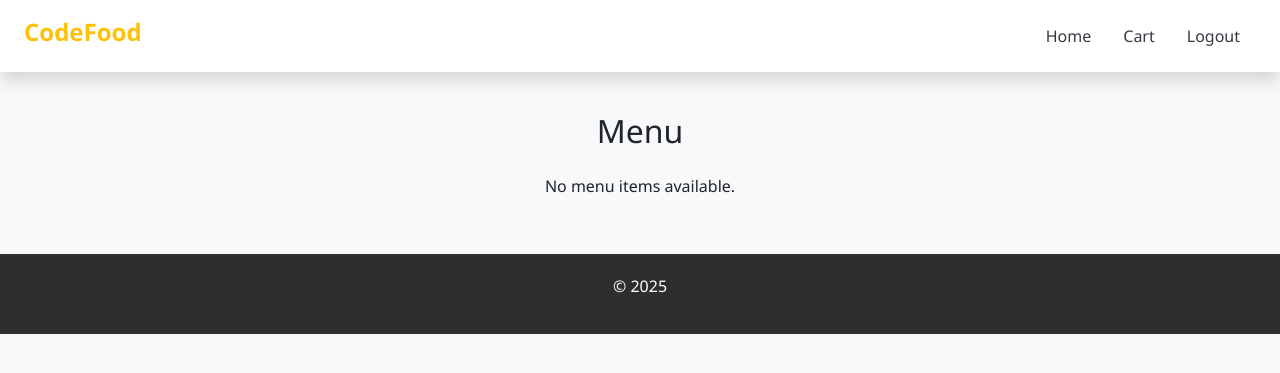
Repository: Rupeswarbhainsa777/Food-Web-App
Page: http://localhost/TapFoodApp/Menu.jsp
The author's editor kept a copy of each file at every save. The page is drawn from the files as they stood at one save, then again after the next save.
The browser window is 1280 px wide. The pictures show the whole page.
The page is served by Tomcat 10. Nobody is signed in. The application's start-up code is not run. Other server files are loaded and not shown.

Above is the page before, as saved 2025-05-02 19:21:38.

### TapFoodApp/src/main/webapp/Menu.jsp
<%@ page contentType="text/html;charset=UTF-8" language="java" %>
<%@ page import="com.tap.modeal.Menu" %>
<%@ page import="java.util.*" %>

<!DOCTYPE html>
<html lang="en">
<head>
    <meta charset="UTF-8">
    <title>Menu - Tap Food</title>
    <link rel="stylesheet"
          href="https://stackpath.bootstrapcdn.com/bootstrap/4.5.2/css/bootstrap.min.css">
    <style>
        body {
            background-color: #f8f9fa;
            font-family: 'Segoe UI', sans-serif;
        }
        .menu-container {
            margin-top: 40px;
        }
        .card img {
            height: 180px;
            object-fit: cover;
        }
        .footer {
            background-color: #2e2e2e;
            color: white;
            padding: 20px 0;
            margin-top: 40px;
            text-align: center;
        }
        .order-btn {
            background-color: #000000;
            border: none;
            color: white;
            padding: 8px 16px;
            border-radius: 5px;
        }
        .order-btn:hover {
            background-color: #e56d00;
        }
    </style>
</head>
<body>

<!-- Header -->
<header class="d-flex justify-content-between align-items-center px-4 py-3 shadow bg-white">
    <div class="h4 text-warning font-weight-bold">CodeFood</div>
    <nav>
        <ul class="nav">
            <li class="nav-item"><a class="nav-link text-dark" href="home.jsp">Home</a></li>
            <li class="nav-item"><a class="nav-link text-dark" href="cart.jsp">Cart</a></li>
            <li class="nav-item"><a class="nav-link text-dark" href="LogoutServlet">Logout</a></li>
        </ul>
    </nav>
</header>

<!-- Menu Items -->
<div class="container menu-container">
    <h2 class="mb-4 text-center">Menu</h2>
    <div class="row">
        <%
        List<Menu> obj = (List<Menu>) session.getAttribute("menuList");
        if (obj != null) {
            List<Menu> menuList = obj;
            for (Menu item : menuList) {
        %>
        <div class="col-md-4 mb-4">
            <div class="card">
                <img src="<%= item.getImagePath() %>" class="card-img-top" alt="<%= item.getItemName() %>">
                <div class="card-body">
                    <h5 class="card-title"><%= item.getItemName() %></h5>
                    <p class="card-text"><%= item.getDescription() %></p>
                    <p class="card-text font-weight-bold">₹<%= item.getItemPrice() %></p>

                    <!-- Add to Cart Form -->
                    <form action="Cart" method="post">
                        <input type="hidden" name="restaurantId" value="<%= item.getRestaurantId() %>">
                        <input type="hidden" name="itemId" value="<%= item.getMenuId() %>">
                        <input type="hidden" name="quantity" value="1"> <!-- default quantity 1 -->
                        <input type="hidden" name="action" value="add">

                        <div class="text-center">
                            <input type="submit" class="order-btn" value="Add to Cart">
                        </div>
                    </form>

                </div>
            </div>
        </div>
        <%
            }
        } else {
        %>
        <div class="col-12 text-center">
            <p>No menu items available.</p>
        </div>
        <%
        }
        %>
    </div>
</div>

<!-- Footer -->
<footer class="footer">
    <p>&copy; 2025</p>
</footer>

</body>
</html>

After the next save:
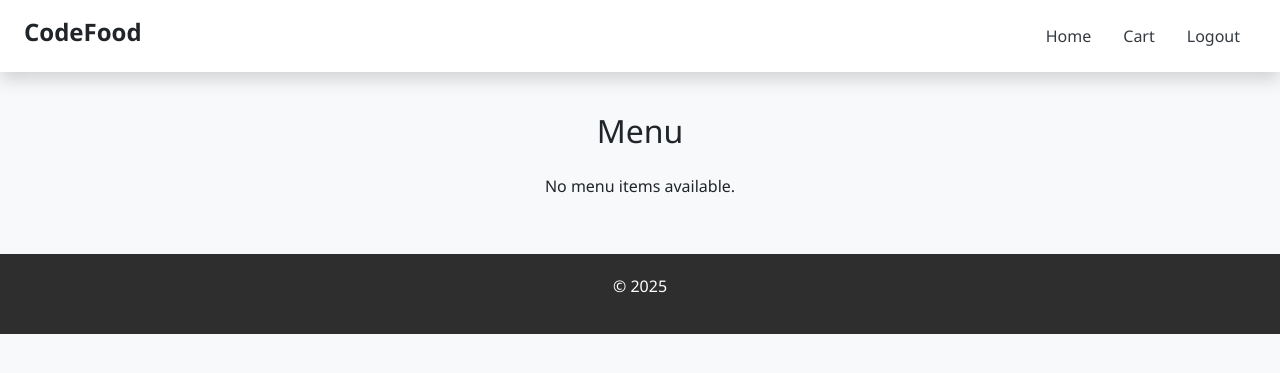
Saved 67 s later.
--- a/TapFoodApp/src/main/webapp/Menu.jsp
+++ b/TapFoodApp/src/main/webapp/Menu.jsp
@@ -44,7 +44,7 @@
 
 <!-- Header -->
 <header class="d-flex justify-content-between align-items-center px-4 py-3 shadow bg-white">
-    <div class="h4 text-warning font-weight-bold">CodeFood</div>
+    <div class="h4 text-black font-weight-bold">CodeFood</div>
     <nav>
         <ul class="nav">
             <li class="nav-item"><a class="nav-link text-dark" href="home.jsp">Home</a></li>
